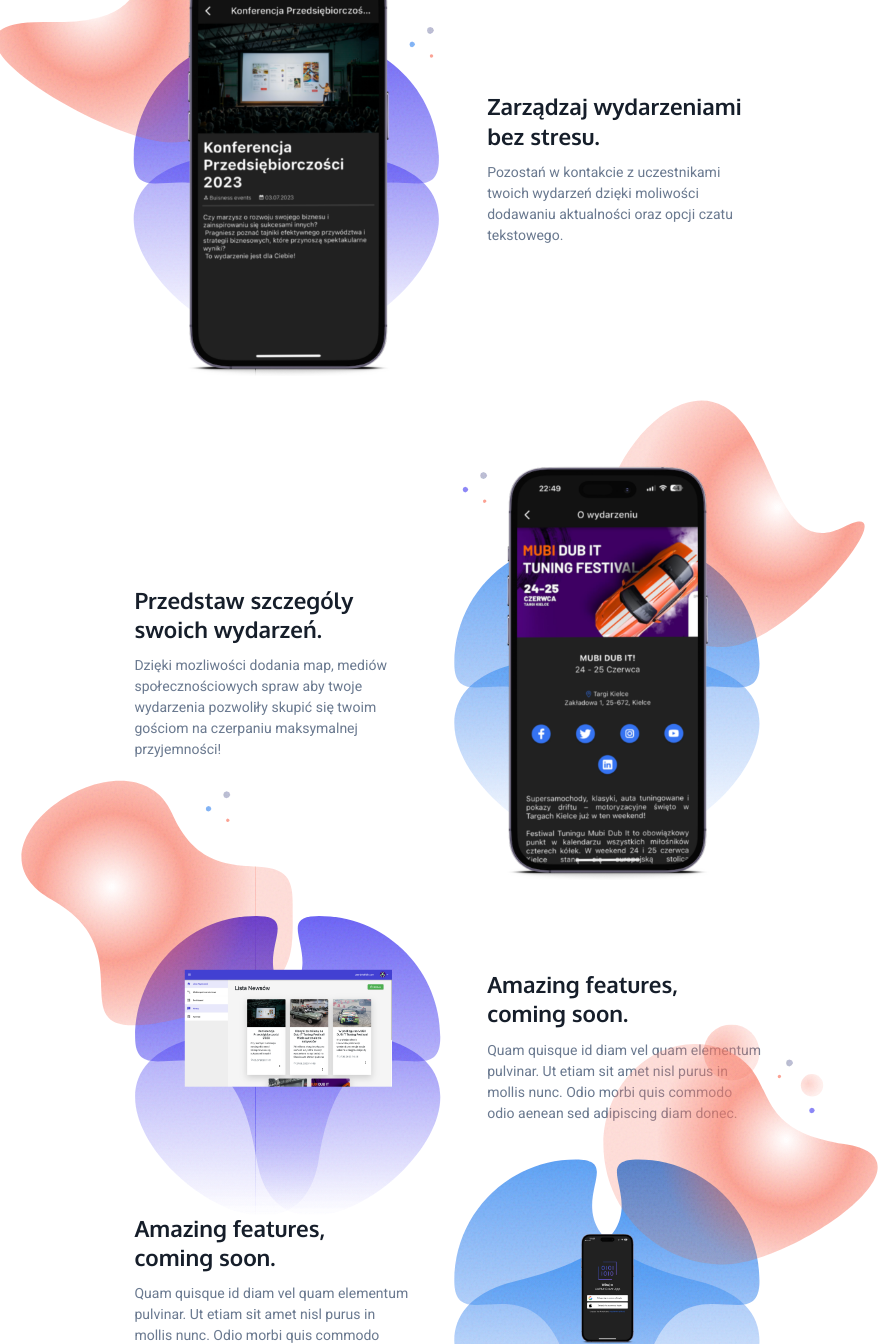
Repository: WieczorS/EventAppLandingPage
Page: index.html
An editor plug-in stored every save of this project. The page is shown before and after the next save, followed by the edit.
The browser window is 1280 px wide. The pictures show the part of the page from y = 1318 to 3238 px (the page is 3986 px tall), at 70% of full size.

Above is the page before, as saved 2023-07-03 23:00:21.

After the next save:
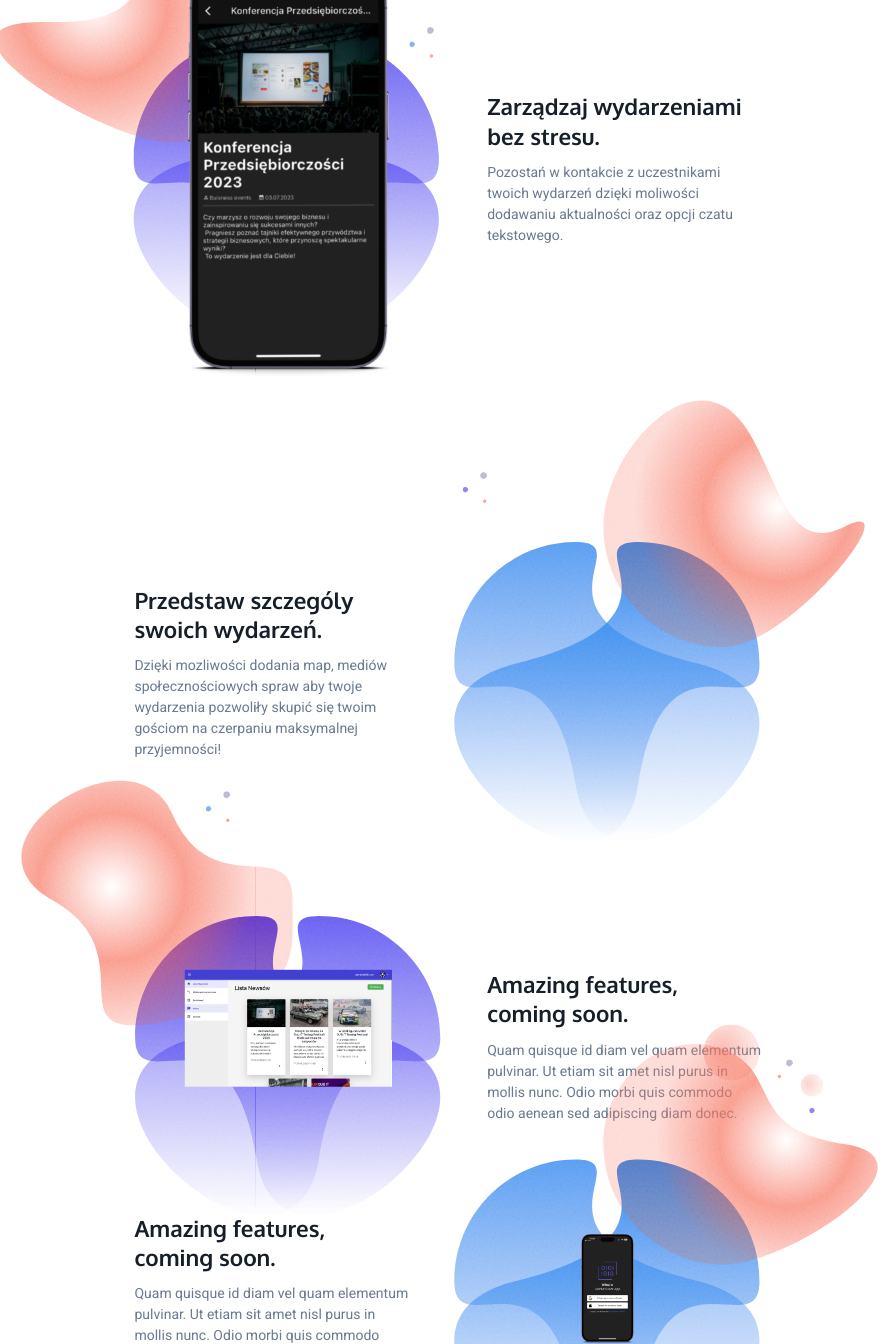
Saved 3 min 21 s later.
--- a/index.html
+++ b/index.html
@@ -71,7 +71,7 @@
 									<div class="mockup-bg">
 										<img src="dist/images/iphone-feature-bg-02.svg" alt="iPhone Feature 02 illustration">
 									</div>
-									<img class="device-mockup is-revealing" src="dist/images/3.png" alt="iPhone Feature 02">
+									<img class=" is-revealing" src="dist/images/3.png" alt="iPhone Feature 02">
 								</div>
 								<div class="feature-extended-body is-revealing">
 									<h3 class="mt-0 mb-16">Przedstaw szczególy swoich wydarzeń.</h3>
